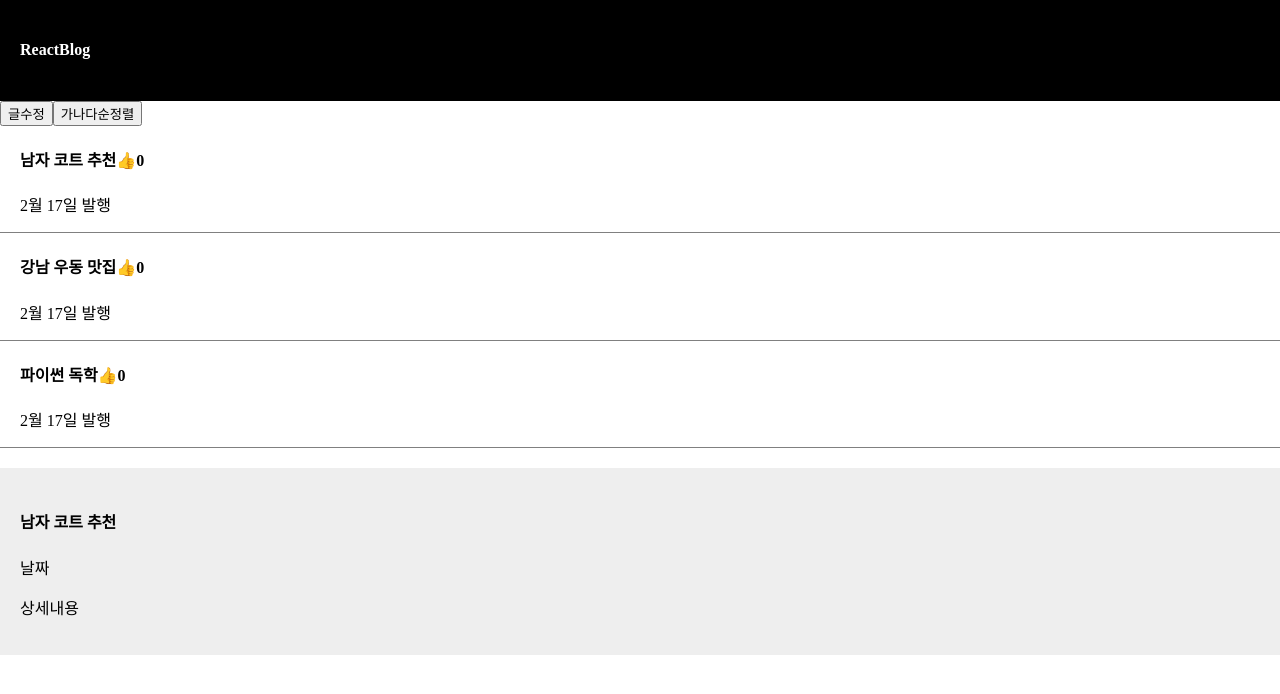
Repository: thinkseaweave/applecoding
Page: /, after clicking the first element matching `div.list > h4`
These files come from the project's save history. The page is drawn as it stood at one moment and after the next save; the edit follows.
The browser window is 1280 px wide. The pictures show the whole page.
The project was rebuilt for these pictures with package versions that can differ from the ones it lists, and the page was loaded fresh each time. Also part of the build but not shown: vite.config.js, src/index.css.

Above is the page before, as saved 2025-01-29 13:47:01.

After the next save:
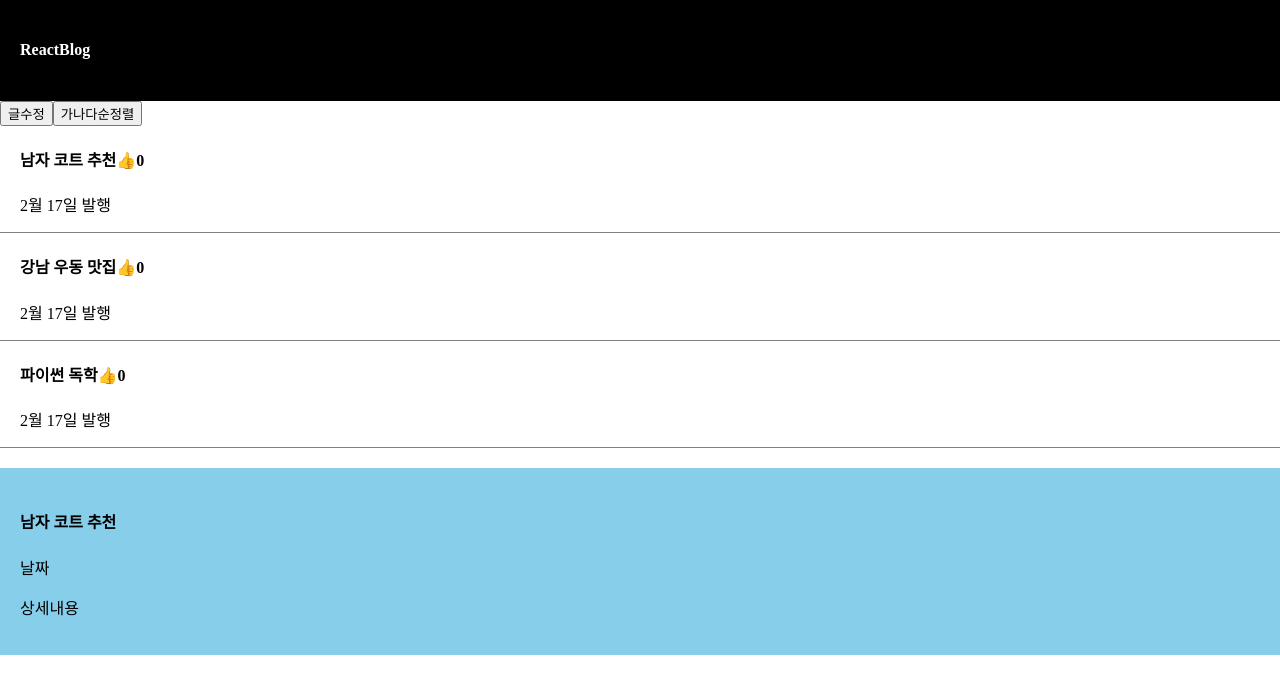
Saved 46 s later.
--- a/src/App.jsx
+++ b/src/App.jsx
@@ -74,7 +74,7 @@ function App() {
 
 function Modal(props) {
   return (
-    <div className="modal">
+    <div className="modal" style={{ background: "skyblue" }}>
       <h4>{props.글제목[0]}</h4>
       <p>날짜</p>
       <p>상세내용</p>
